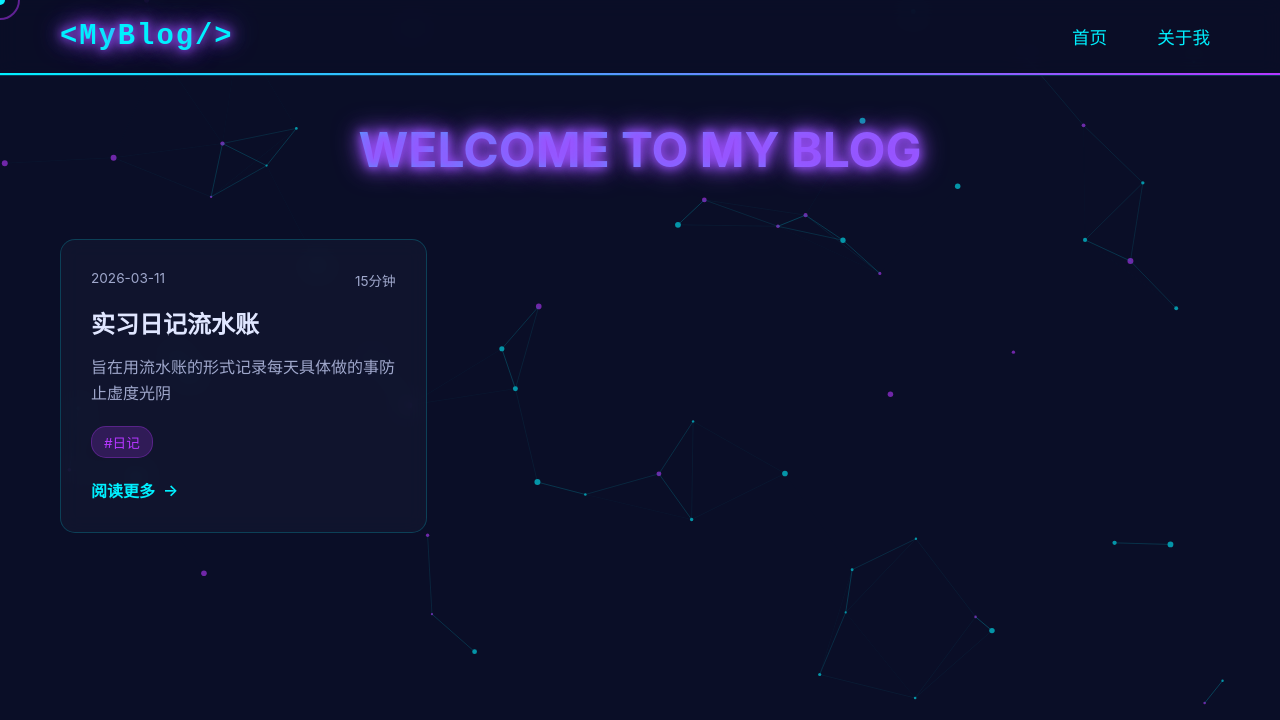
Repository: kyukiho/blog
Page: /
An editor plug-in stored every save of this project. The page is shown before and after the next save, followed by the edit.
The browser window is 1280 px wide. The pictures show the whole page.
The project was rebuilt for these pictures with package versions that can differ from the ones it lists, and the page was loaded fresh each time. Also part of the build but not shown: vite.config.js, src/components/BlogDetail.css, src/components/BlogDetail.jsx, src/components/About.css, src/components/About.jsx.

Above is the page before, as saved 2026-03-15 23:29:57.

After the next save:
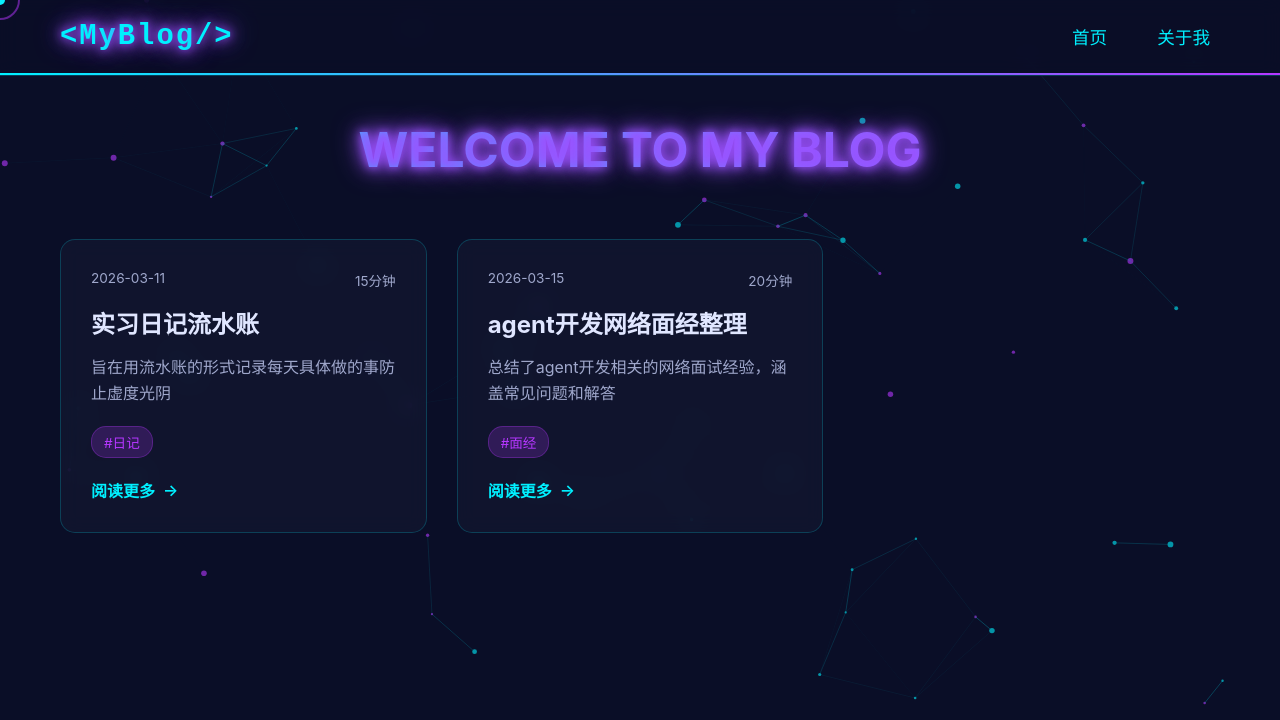
Saved 22 s later.
--- a/src/components/BlogList.jsx
+++ b/src/components/BlogList.jsx
@@ -17,6 +17,14 @@ const BlogList = () => {
         tags: [ '日记'],
         readTime: '15分钟'
       },
+      {
+        id: 'mianjing',
+        title: 'agent开发网络面经整理',
+        excerpt: '总结了agent开发相关的网络面试经验，涵盖常见问题和解答',
+        date: '2026-03-15',
+        tags: [ '面经'],
+        readTime: '20分钟'
+      }
     ]
     setBlogs(blogData)
   }, [])
